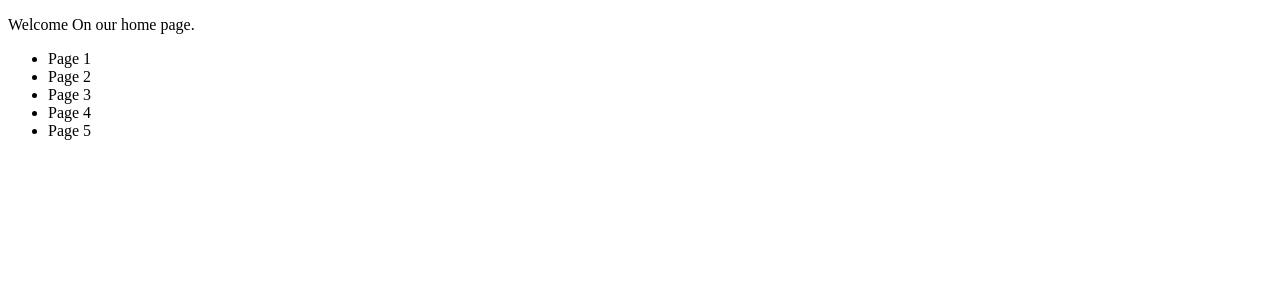
Repository: khadimniass/AppliTestJEE
Page: http://localhost/test/WEB-INF/accueil.jsp
The author's editor kept a copy of each file at every save. The page is drawn from the files as they stood at one save, then again after the next save.
The browser window is 1280 px wide. The pictures show the whole page.
The page is served by Tomcat 9. Nobody is signed in. Other server files are loaded and not shown. The template is opened directly, without the code that normally fills it, so the values that code supplies are empty.

Above is the page before, as saved 2020-07-04 20:25:24.

### test/WebContent/WEB-INF/accueil.jsp
<%@ page language="java" contentType="text/html; charset=ISO-8859-1"
    pageEncoding="ISO-8859-1"%>
<!DOCTYPE html>
<html>
<head>
<meta charset="ISO-8859-1">
<title>Insert title here</title>
</head>
<body>

<p>Welcome On our home page.</p>
		<%@include file="menu.jsp" %>
</body>
</html>

### test/WebContent/WEB-INF/menu.jsp
<%@ page language="java" contentType="text/html; charset=ISO-8859-1"
    pageEncoding="ISO-8859-1"%>
<ul>
	<li>Page 1</li>
	<li>Page 2</li>
	<li>Page 3</li>
	<li>Page 4</li>
	<li>Page 5</li>
</ul>

After the next save:
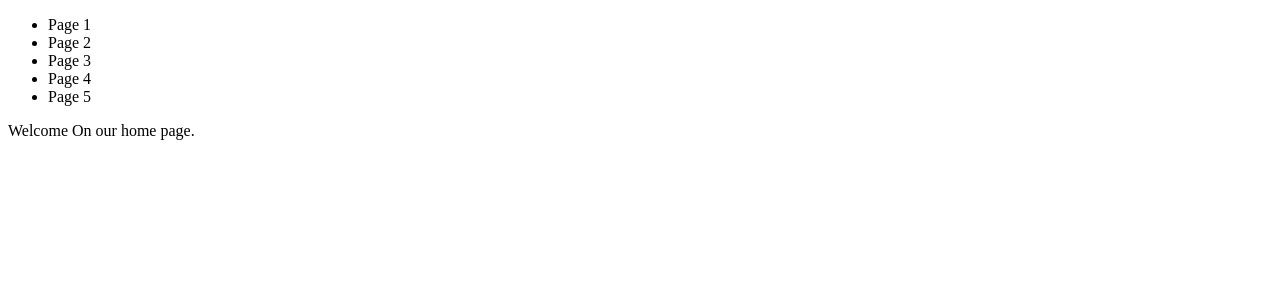
Saved 3 min 12 s later.
--- a/test/WebContent/WEB-INF/accueil.jsp
+++ b/test/WebContent/WEB-INF/accueil.jsp
@@ -7,8 +7,9 @@
 <title>Insert title here</title>
 </head>
 <body>
+		<%@include file="menu.jsp" %>
 
-<p>Welcome On our home page.</p>
-		<%@include file="menu.jsp" %>
+	<p>Welcome On our home page.</p>
+
 </body>
 </html>
